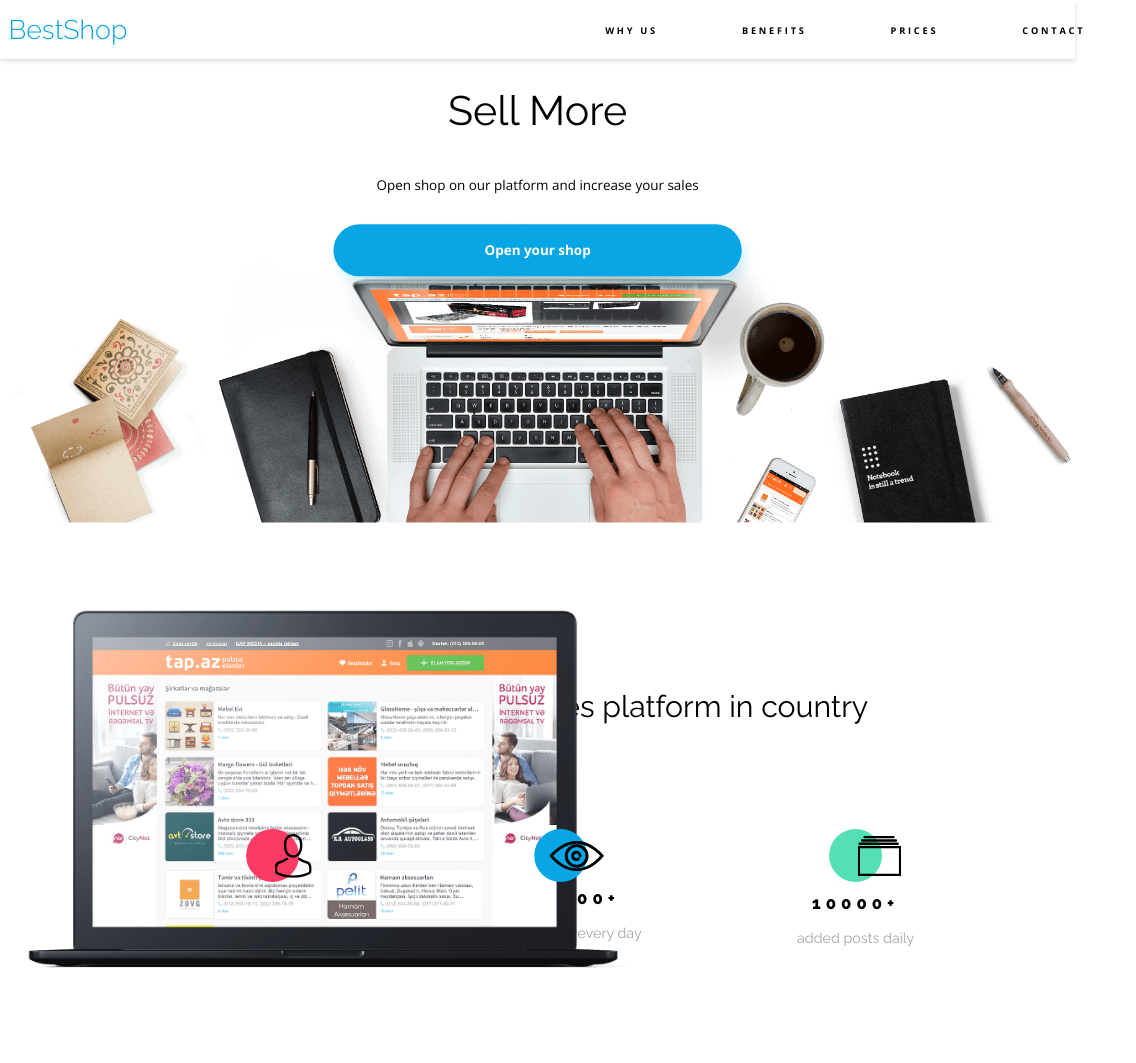
Repository: Widzisz/bestshop-website
Page: index.html
The author's editor kept a copy of each file at every save. The page is drawn from the files as they stood at one save, then again after the next save.
The browser window is 1280 px wide. The page is 1352 px wide, so the pictures cover 1352 px, including what lies to the right of the window. The pictures show the whole page, at 84% of full size.

Above is the page before, as saved 2021-03-19 19:17:25.

### index.html
<!DOCTYPE html>
<html lang="en">

<head>
  <meta charset="UTF-8">
  <meta http-equiv="X-UA-Compatible" content="IE=edge">
  <meta name="viewport" content="width=device-width, initial-scale=1.0">
  <link rel="preconnect" href="https://fonts.gstatic.com">
  <link
    href="https://fonts.googleapis.com/css2?family=Open+Sans:ital,wght@0,300;0,400;0,600;0,700;0,800;1,300;1,400;1,600;1,700;1,800&family=Raleway:ital,wght@0,100;0,200;0,300;0,400;0,500;0,600;0,700;0,800;0,900;1,100;1,200;1,300;1,400;1,500;1,600;1,700;1,800;1,900&display=swap"
    rel="stylesheet">
  <title>BestShop</title>
  <link rel="stylesheet" href="css/normalize.css">
  <link rel="stylesheet" href="css/style.css">
</head>

<body>
  <div class="hero">
    <!--!!! HEADER + NAV !!!-->
    <header class="header">
      <div class="container">

        <div class="logo">
          <a href="" class="logo__title">
            BestShop
          </a>
        </div>

        <nav class="menu">
          <ul class="menu__list">
            <li><a href="">WHY US</a></li>
            <li><a href="">BENEFITS</a></li>
            <li><a href="">PRICES</a></li>
            <li><a href="">CONTACT</a></li>
          </ul>
        </nav>

      </div>
    </header>

    <!--!!! SEKCJA PIERWSZA !!!-->
    <section class="welcome">
      <div class="welcome__rows">
        <h1 class="welcome__rows-title">
          Sell More
        </h1>
        <p class="welcome__rows-text">
          Open shop on our platform and increase your sales
        </p>
        <div class="welcome__rows-btn">
          <a href="" class="welcome__rows-btn-1">
            Open your shop
          </a>
        </div>
      </div>
    </section>

    <!--!!! SEKCJA DRUGA !!!-->
    <section class="container">
      <div class="statistics">
        <h2 class="statistics__title">
          The most popular sales platform in country
        </h2>

        <div class="statistics__rows">

          <div class="statistics__rows-1">
            <div class="statistics__rows-picture">
              <div class="statistics__rows-circle-1">
              </div>
              <img src="images/person.svg" alt="" class="statistics-icon-1">
            </div>
            <p class="statistics__rows-numbers">
              100000+
            </p>
            <p class="statistics__rows-text">
              daily entries
            </p>
          </div>

          <div class="statistics__rows-2">
            <div class="statistics__rows-picture">
              <div class="statistics__rows-circle-2">
              </div>
              <img src="images/eye.svg" alt="" class="statistics-icon-2">
            </div>
            <p class="statistics__rows-numbers">
              2000000+
            </p>
            <p class="statistics__rows-text">
              seen products every day
            </p>
          </div>



          <div class="statistics__rows-3">
            <div class="statistics__rows-picture">
              <div class="statistics__rows-circle-3">
              </div>
              <img src="images/catalog.svg" alt="" class="statistics-icon-3">
            </div>
            <p class="statistics__rows-numbers">
              10000+
            </p>
            <p class="statistics__rows-text">
              added posts daily
            </p>
          </div>




        </div>







      </div>
    </section>

    <!-- HERO -->
  </div>

  <!--!!! SEKCJA TRZECIA !!!-->

  <div class="hero-2">
    <section claa="container">

      <div class="promotion-1">

        <div class="promotion__image-1">
          <div class="promotion__picture">
            <img src="images/macbook.png" alt="" class="promotion__picture-1">
          </div>
          <div class="promotion__image-figure-1">
          </div>
        </div>



      </div>












    </section>
  </div>





</body>

</html>

### css/style.css
:root {
  --c-primary: #08a6e4;
  --c-primary-shadow: rgba(7, 172, 230, 0.16);
  --c-redish: #fb3b64;
  --c-green: #55dfb4;
  --c-black: #000000;
  --c-grey: #a5a5a5;
  --c-light-grey: #f7f7f7;
  --c-white: #ffffff;
  --font-open: "Open Sans", sans-serif;
  --font-raleway: "Raleway", sans-serif;
  --cursor-pointer: pointer;
}

html {
}

* {
  box-sizing: border-box;
}
body {
  margin: 0;
}

.container {
  width: 1352px;
  margin: 0 auto;
  padding-left: 10px;
  padding-right: 10px;
}

/* -------------------------------------------------------------------------
                           NAGŁÓWEK
------------------------------------------------------------------------- */
.hero {
  width: 100%;
  height: 100vh;
  background-color: var(--c-white);
}

.header {
  width: 100%;
  height: 70px;
  background-color: var(--c-white);
  box-shadow: 0px 3px 6px #00000029;
  opacity: 1;
}

.header .container {
  height: 100%;
  display: flex;
  justify-content: space-between;
  align-items: center;
}

.logo {
}

.logo__title {
  text-align: left;
  text-decoration: none;
  color: var(--c-primary);
  letter-spacing: 0px;
  opacity: 1;
  font: normal normal 300 32px/37px var(--font-raleway);
  cursor: var(--cursor-pointer);
}

.menu {
}
.menu__list {
  list-style-type: none;
  display: flex;
}
.menu__list a {
  padding: 0 50px;
  text-decoration: none;
  text-align: center;
  font: normal normal bold 11px/15px var(--font-open);
  letter-spacing: 3.28px;
  color: var(--c-black);
  opacity: 1;
  position: relative;
}

.menu__list a::before {
  content: "";
  position: absolute;
  width: 100%;
  height: 4px;
  top: 40px;
  left: 0;
  background-color: var(--c-primary);
  visibility: hidden;
  transform: scaleX(0);
  transition: all 0.3s ease-in-out 0s;
}

.menu__list a:hover::before {
  visibility: visible;
  transform: scaleX(0.5);
}

/* -------------------------------------------------------------------------
                           SEKCJA PIERWSZA
------------------------------------------------------------------------- */
.welcome {
  height: 100vh;
  background-image: url(../images/background.png);
  background-repeat: no-repeat;
  background-size: contain;
  background-position: center;
}

.welcome__rows {
  display: flex;
  justify-content: center;
  align-items: center;
  flex-direction: column;
  padding-bottom: 100px;
}

.welcome__rows-title {
  text-align: center;
  font: normal normal normal 49px/57px var(--font-raleway);
  letter-spacing: 0px;
  color: var(--c-black);
  opacity: 1;
}

.welcome__rows-text {
  text-align: center;
  font: normal normal normal 16px/22px var(--font-open);
  letter-spacing: 0px;
  color: var(--c-black);
  opacity: 1;
}

.welcome__rows-btn {
  margin-top: 20px;
  padding: 20px 180px;
  background: var(--c-primary);
  box-shadow: 5px 10px 14px #07ace629;
  border-radius: 40px;
  opacity: 1;
}

.welcome__rows-btn-1 {
  font: normal normal bold 16px/22px var(--font-open);
  text-align: center;
  letter-spacing: 0px;
  background: var(--c-primary);
  color: var(--c-white);
  text-decoration: none;
}

/* -------------------------------------------------------------------------
                           SEKCJA DRUGA
------------------------------------------------------------------------- */

.statistics {
  display: flex;
  justify-content: center;
  align-items: center;
  flex-direction: column;
}
.statistics__title {
  text-align: center;
  font: normal normal normal 36px/42px var(--font-raleway);
  letter-spacing: 0px;
  color: var(--c-black);
  opacity: 1;
  padding-bottom: 101px;
}

.statistics__rows {
  display: flex;
  justify-content: center;
  align-items: center;
  gap: 185px;
  padding-bottom: 120px;
}

.statistics__rows-picture {
  display: flex;
  justify-content: center;
  align-items: center;
}

.statistics__rows-circle-1 {
  height: 63px;
  width: 63px;
  background: var(--c-redish);
  border-radius: 50%;
  opacity: 1;
  position: absolute;
  z-index: 0;
}

.statistics__rows-circle-2 {
  height: 63px;
  width: 63px;
  background: var(--c-primary);
  border-radius: 50%;
  opacity: 1;
  position: absolute;
  z-index: 0;
}

.statistics__rows-circle-3 {
  height: 63px;
  width: 63px;
  background: var(--c-green);
  border-radius: 50%;
  opacity: 1;
  position: absolute;
  z-index: 0;
}

.statistics-icon-1 {
    position: relative; left: 20%;
    z-index: 1;
}

.statistics-icon-2 {
    position: relative; left: 10%;
    z-index: 1;
}

.statistics-icon-3 {
    position: relative; left: 20%;
    z-index: 1;
}

.statistics__rows-numbers {
  text-align: center;
  font: normal normal 800 20px/24px var(--font-raleway);
  letter-spacing: 5.96px;
  color: var(--c-black);
  opacity: 1;
}

.statistics__rows-text {
  text-align: center;
  font: normal normal normal 17px/20px var(--font-raleway);
  letter-spacing: 0px;
  color: var(--c-grey);
  opacity: 1;
}

Loaded but not shown: css/normalize.css (library)

After the next save:
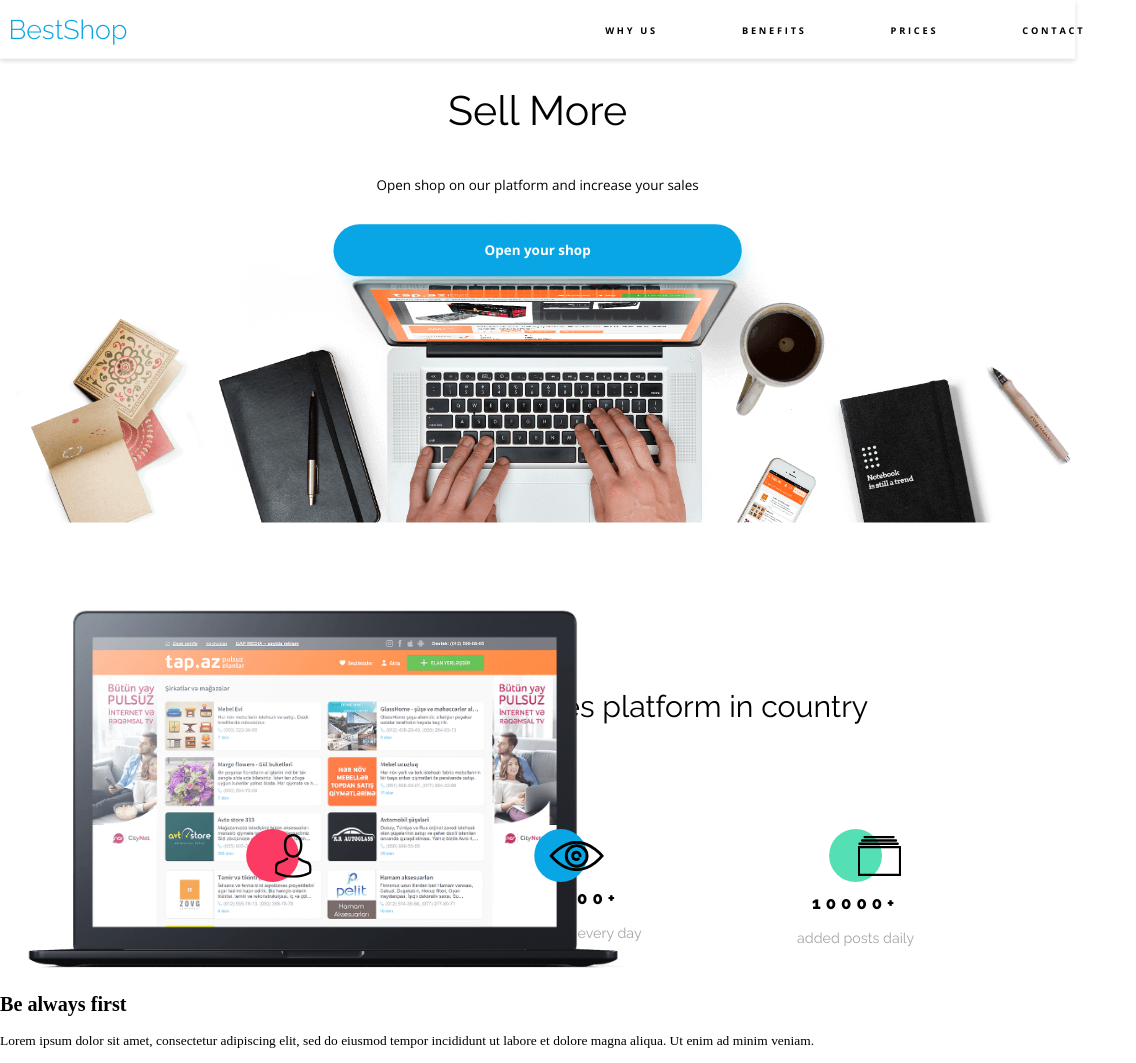
Saved 3 min 35 s later.
--- a/index.html
+++ b/index.html
@@ -139,7 +139,15 @@
           <div class="promotion__image-figure-1">
           </div>
         </div>
-
+        <div class="text__rows">
+          <h2 class="text__rows-title">
+            Be always first
+          </h2>
+          <p class="text__rows-text">
+            Lorem ipsum dolor sit amet, consectetur adipiscing elit, sed do eiusmod tempor incididunt ut labore et
+            dolore magna aliqua. Ut enim ad minim veniam.
+          </p>
+        </div>
 
 
       </div>
